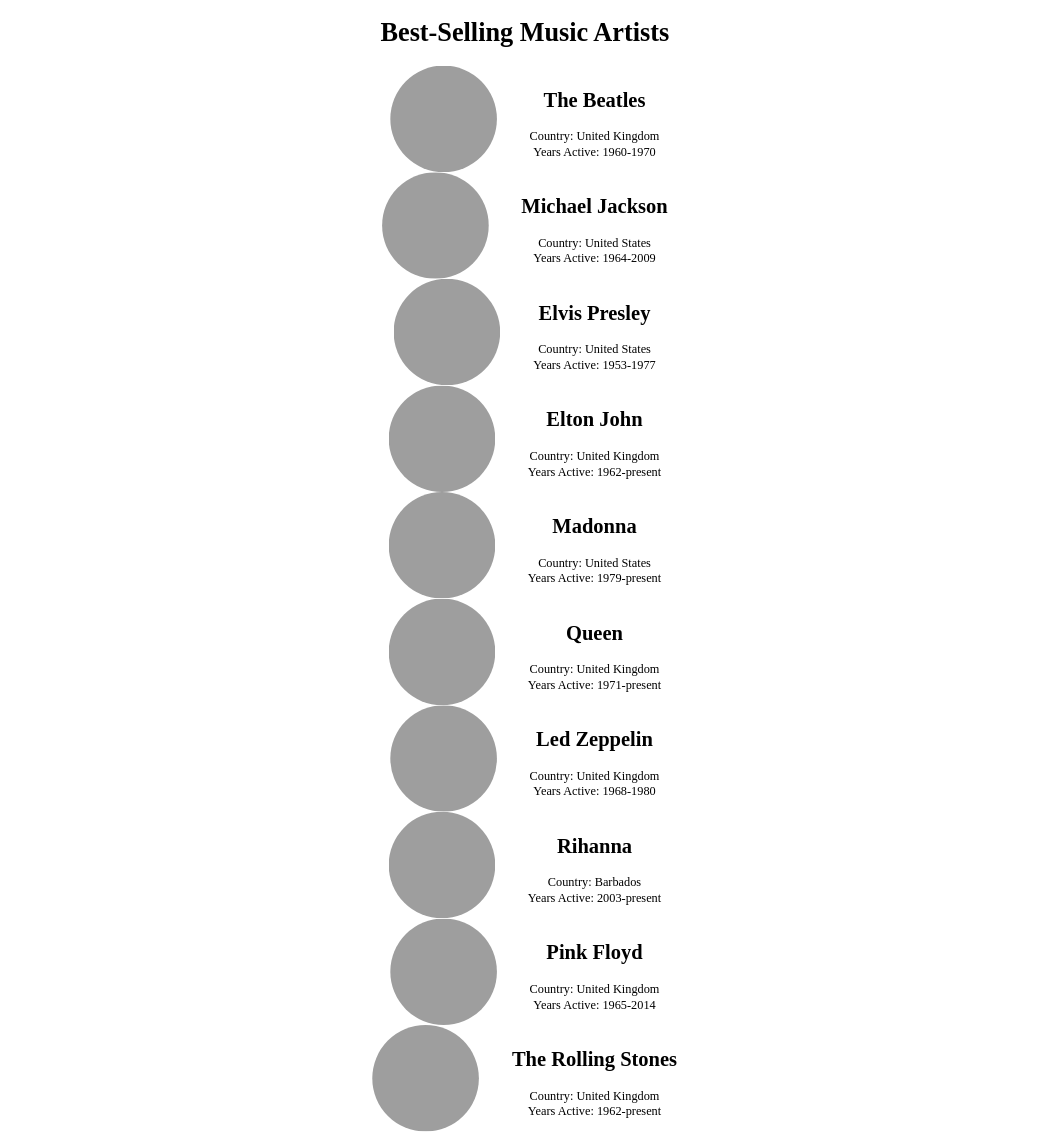
Repository: SamanthaYan298/my_artists
Page: /
The author's editor kept a copy of each file at every save. The page is drawn from the files as they stood at one save, then again after the next save.
The browser window is 1280 px wide. The pictures show the whole page, at 82% of full size.
Pictures or frames that could not be fetched are drawn as grey boxes. The project was rebuilt for these pictures with package versions that can differ from the ones it lists, and the page was loaded fresh each time. Also part of the build but not shown: vite.config.js.

Above is the page before, as saved 2024-09-16 18:18:22.

After the next save:
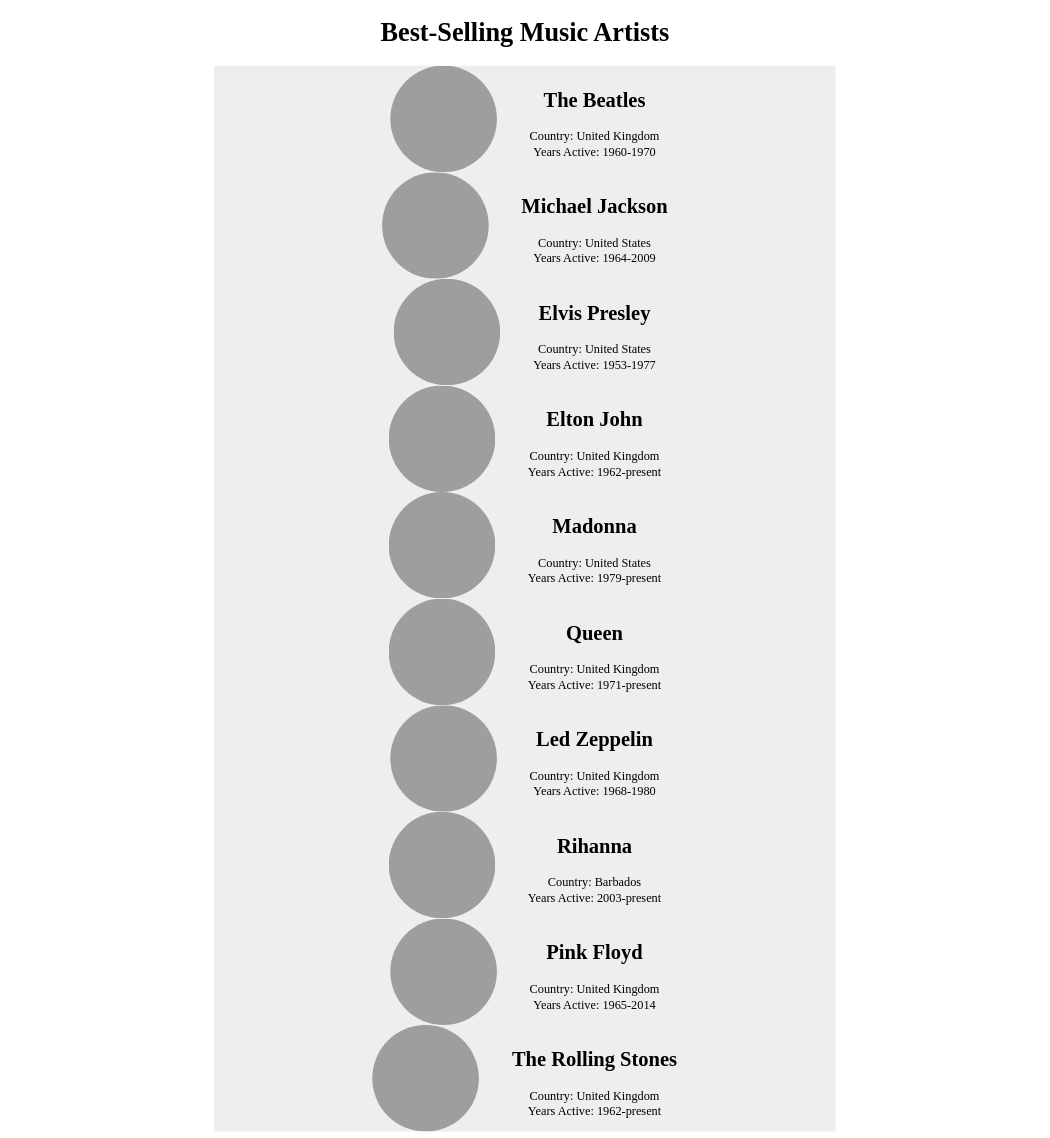
Saved 84 s later.
--- a/src/index.css
+++ b/src/index.css
@@ -10,6 +10,9 @@
     gap: 40px;
     line-height: 4px;
     font-size: 15px;
+    width: 60%;
+    background: #eee;
+    margin: 0 auto;
 }
 
 .names {
